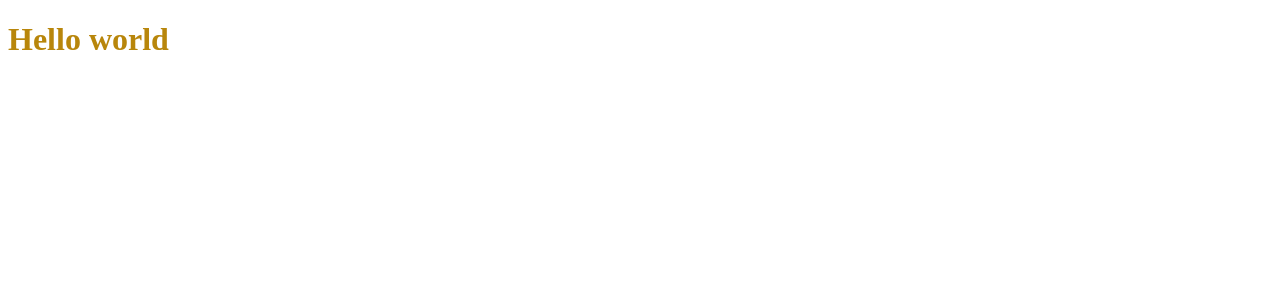
Repository: mohsinfarabi/first-website
Page: power.html
These files come from the project's save history. The page is drawn as it stood at one moment and after the next save; the edit follows.
The browser window is 1280 px wide. The pictures show the whole page.

Above is the page before, as saved 2020-06-29 22:48:57.

After the next save:
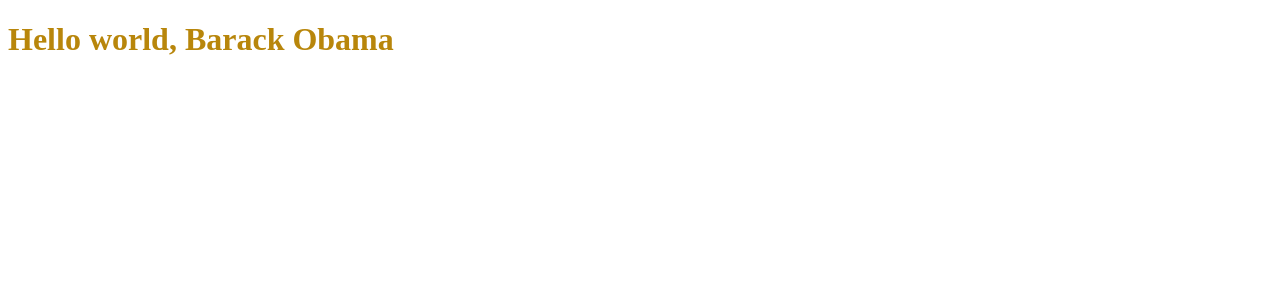
Saved 10 s later.
--- a/power.html
+++ b/power.html
@@ -17,7 +17,7 @@
 </head>
 
 <body>
-    <h1 class="name">Hello world</h1>
+    <h1 class="name">Hello world, Barack Obama</h1>
 </body>
 
 </html>
